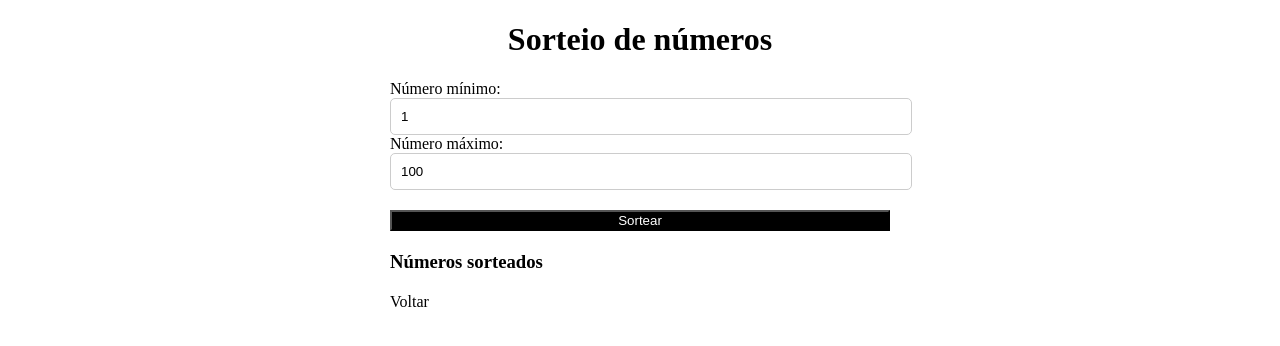
Repository: Matheus904-12/sorte
Page: sorteio-numeros.html
The author's editor kept a copy of each file at every save. The page is drawn from the files as they stood at one save, then again after the next save.
The browser window is 1280 px wide. The pictures show the whole page.

Above is the page before, as saved 2023-09-10 16:37:30.
Console error: TypeError: Cannot read properties of null (reading 'addEventListener')

### sorteio-numeros.html
<!DOCTYPE html>
<html lang="pt-br">
<head>
  <meta charset="UTF-8">
  <title>Sorteio de números</title>
</head>
<body>
  <div class="container">
    <h1 class="text-center">Sorteio de números</h1>
    <div class="range">
      <label for="min">Número mínimo:</label>
      <input type="number" id="min" value="1" class="form-control">
      <label for="max">Número máximo:</label>
      <input type="number" id="max" value="100" class="form-control">
    </div>
    <button id="sortear" class="btn btn-primary">Sortear</button>
    <div id="resultado" class="text-center"></div>

    <div id="sorteados" class="text-center">
      <h3>Números sorteados</h3>
      <ul id="lista-sorteados"></ul>
    </div>

    <a href="index.html" class="btn btn-secondary float-right">Voltar</a>
  </div>

  <style>
    .container {
      width: 100%;
      max-width: 500px;
      margin: 0 auto;
    }

    h1 {
      font-size: 2em;
      text-align: center;
    }

    .range {
      margin-top: 20px;
    }

    input {
      width: 100%;
      padding: 10px;
      border: 1px solid #ccc;
      border-radius: 5px;
    }

    button {
      width: 100%;
      margin-top: 20px;
      background-color: #000;
      color: #fff;
      text-decoration: none;
      cursor: pointer;
    }

    div.resultado {
      margin-top: 20px;
      text-align: center;
    }

    a {
      color: #000;
      text-decoration: none;
    }

    a:hover {
      text-decoration: underline;
    }

    /* Estilos para o espaço dos números sorteados */

    #sorteados {
      margin-top: 20px;
    }

    #lista-sorteados {
      margin-bottom: 20px;
    }

    /* Estilos para o botão de voltar */

    #voltar {
      background-color: #000;
      color: #fff;
      border-radius: 5px;
      border: none;
      text-decoration: none;
      cursor: pointer;
    }
  </style>
  <script>
    // Função para sortear um número entre dois valores
    function sortear(min, max) {
      // Gera um número aleatório entre os dois valores
      var numero = Math.floor(Math.random() * (max - min + 1)) + min;

      // Exibe o número sorteado
      document.querySelector("#resultado").innerHTML = numero;

      // Adiciona o número sorteado à lista
      var sorteados = document.querySelector("#lista-sorteados");
      var li = document.createElement("li");
      li.innerHTML = numero;
      sorteados.appendChild(li);
    }

    // Evento para o botão de sorteio
    document.querySelector("#sortear").addEventListener("click", function() {
      // Obtém os valores dos campos de entrada
      var min = parseInt(document.querySelector("#min").value);
      var max = parseInt(document.querySelector("#max").value);

      // Sorteia o número
      sortear(min, max);
    });

    // Evento para o botão de voltar
    document.querySelector("#voltar").addEventListener("click", function() {
      location.href = "index.html";
    });
  </script>
</body>
</html>

After the next save:
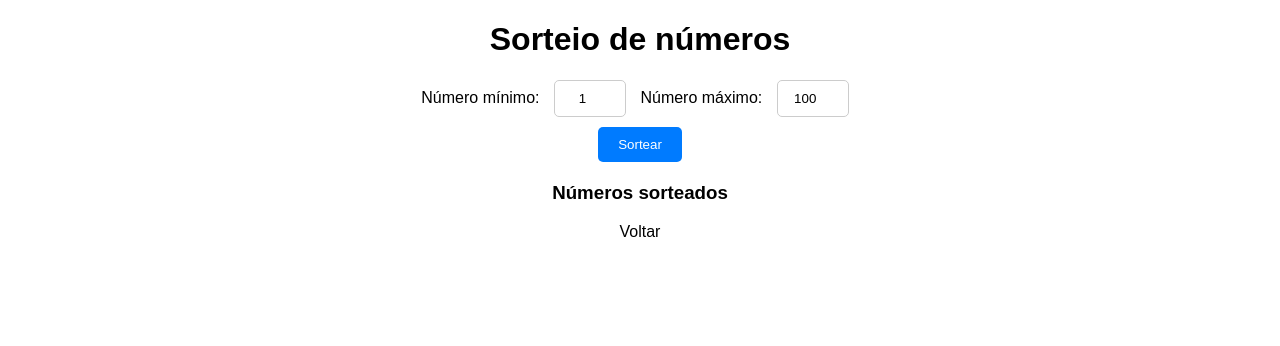
The error is gone.
Saved 2 h 27 min later.
--- a/sorteio-numeros.html
+++ b/sorteio-numeros.html
@@ -2,38 +2,21 @@
 <html lang="pt-br">
 <head>
   <meta charset="UTF-8">
+  <meta name="viewport" content="width=device-width, initial-scale=1">
   <title>Sorteio de números</title>
-</head>
-<body>
-  <div class="container">
-    <h1 class="text-center">Sorteio de números</h1>
-    <div class="range">
-      <label for="min">Número mínimo:</label>
-      <input type="number" id="min" value="1" class="form-control">
-      <label for="max">Número máximo:</label>
-      <input type="number" id="max" value="100" class="form-control">
-    </div>
-    <button id="sortear" class="btn btn-primary">Sortear</button>
-    <div id="resultado" class="text-center"></div>
+  <style>
+    body {
+      font-family: Arial, sans-serif;
+    }
 
-    <div id="sorteados" class="text-center">
-      <h3>Números sorteados</h3>
-      <ul id="lista-sorteados"></ul>
-    </div>
-
-    <a href="index.html" class="btn btn-secondary float-right">Voltar</a>
-  </div>
-
-  <style>
     .container {
-      width: 100%;
-      max-width: 500px;
+      width: 80%;
       margin: 0 auto;
+      text-align: center;
     }
 
     h1 {
       font-size: 2em;
-      text-align: center;
     }
 
     .range {
@@ -41,24 +24,45 @@
     }
 
     input {
-      width: 100%;
+      width: 50px;
       padding: 10px;
       border: 1px solid #ccc;
       border-radius: 5px;
+      margin: 0 10px;
+      text-align: center;
     }
 
     button {
-      width: 100%;
-      margin-top: 20px;
-      background-color: #000;
+      padding: 10px 20px;
+      background-color: #007bff;
       color: #fff;
-      text-decoration: none;
+      border: none;
+      border-radius: 5px;
       cursor: pointer;
+      margin-top: 10px;
     }
 
-    div.resultado {
+    button:hover {
+      background-color: #0056b3;
+    }
+
+    #resultado {
+      font-size: 2em;
       margin-top: 20px;
-      text-align: center;
+    }
+
+    #lista-sorteados {
+      list-style-type: none;
+      padding: 0;
+    }
+
+    #lista-sorteados li {
+      display: inline-block;
+      font-size: 1.2em;
+      margin: 5px;
+      padding: 5px 10px;
+      background-color: #f0f0f0;
+      border-radius: 5px;
     }
 
     a {
@@ -69,57 +73,52 @@
     a:hover {
       text-decoration: underline;
     }
+  </style>
+</head>
+<body>
+  <div class="container">
+    <h1>Sorteio de números</h1>
+    <div class="range">
+      <label for="min">Número mínimo:</label>
+      <input type="number" id="min" value="1" class="form-control">
+      <label for="max">Número máximo:</label>
+      <input type="number" id="max" value="100" class="form-control">
+    </div>
+    <button id="sortear">Sortear</button>
+    <div id="resultado"></div>
 
-    /* Estilos para o espaço dos números sorteados */
+    <div id="sorteados">
+      <h3>Números sorteados</h3>
+      <ul id="lista-sorteados"></ul>
+    </div>
 
-    #sorteados {
-      margin-top: 20px;
-    }
+    <a href="#" id="voltar" class="btn btn-secondary float-right">Voltar</a>
+  </div>
 
-    #lista-sorteados {
-      margin-bottom: 20px;
-    }
+  <script>
+    function sortear(min, max) {
+      var numero = Math.floor(Math.random() * (max - min + 1)) + min;
+      document.querySelector("#resultado").textContent = numero;
 
-    /* Estilos para o botão de voltar */
-
-    #voltar {
-      background-color: #000;
-      color: #fff;
-      border-radius: 5px;
-      border: none;
-      text-decoration: none;
-      cursor: pointer;
-    }
-  </style>
-  <script>
-    // Função para sortear um número entre dois valores
-    function sortear(min, max) {
-      // Gera um número aleatório entre os dois valores
-      var numero = Math.floor(Math.random() * (max - min + 1)) + min;
-
-      // Exibe o número sorteado
-      document.querySelector("#resultado").innerHTML = numero;
-
-      // Adiciona o número sorteado à lista
       var sorteados = document.querySelector("#lista-sorteados");
       var li = document.createElement("li");
-      li.innerHTML = numero;
+      li.textContent = numero;
       sorteados.appendChild(li);
     }
 
-    // Evento para o botão de sorteio
     document.querySelector("#sortear").addEventListener("click", function() {
-      // Obtém os valores dos campos de entrada
       var min = parseInt(document.querySelector("#min").value);
       var max = parseInt(document.querySelector("#max").value);
 
-      // Sorteia o número
-      sortear(min, max);
+      if (min <= max) {
+        sortear(min, max);
+      } else {
+        alert("O número mínimo deve ser menor ou igual ao número máximo.");
+      }
     });
 
-    // Evento para o botão de voltar
     document.querySelector("#voltar").addEventListener("click", function() {
-      location.href = "index.html";
+      window.history.back();
     });
   </script>
 </body>
